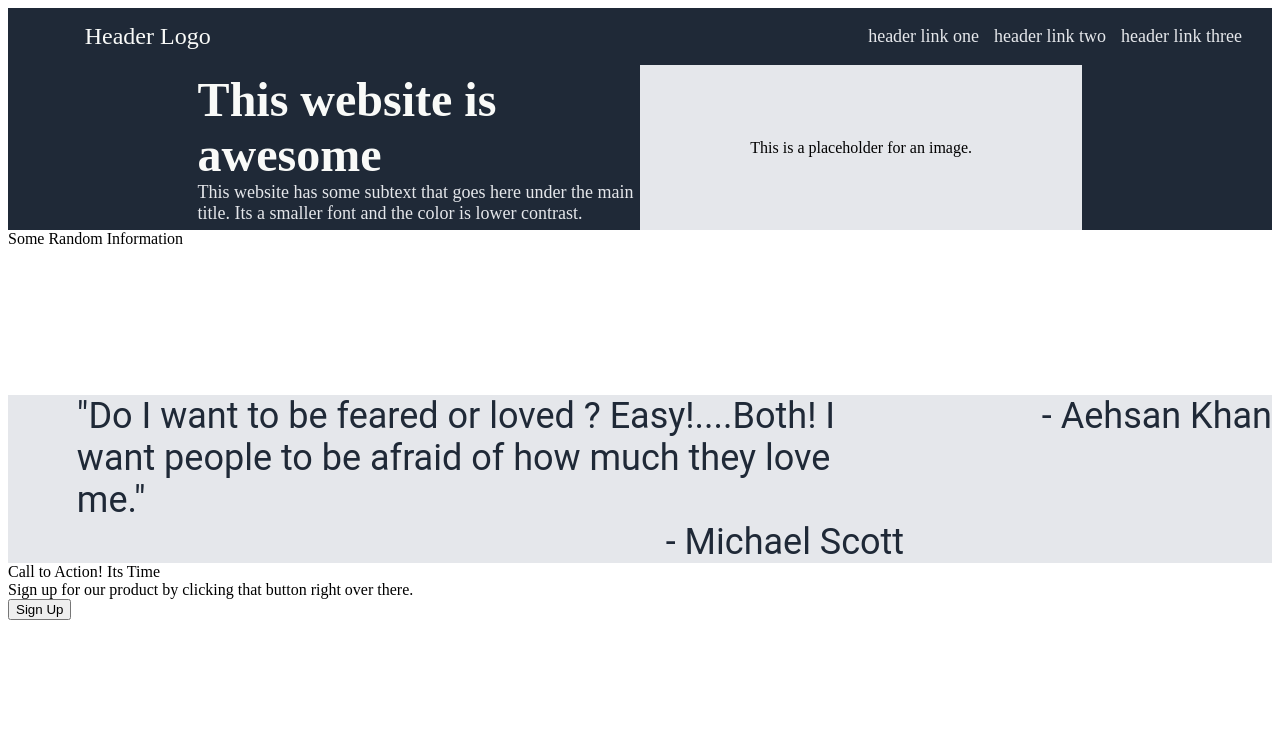
Repository: Aehsan4004/odinlandpage
Page: index.html
The author's editor kept a copy of each file at every save. The page is drawn from the files as they stood at one save, then again after the next save.
The browser window is 1280 px wide. The pictures show the whole page.

Above is the page before, as saved 2025-02-10 17:47:54.

After the next save:
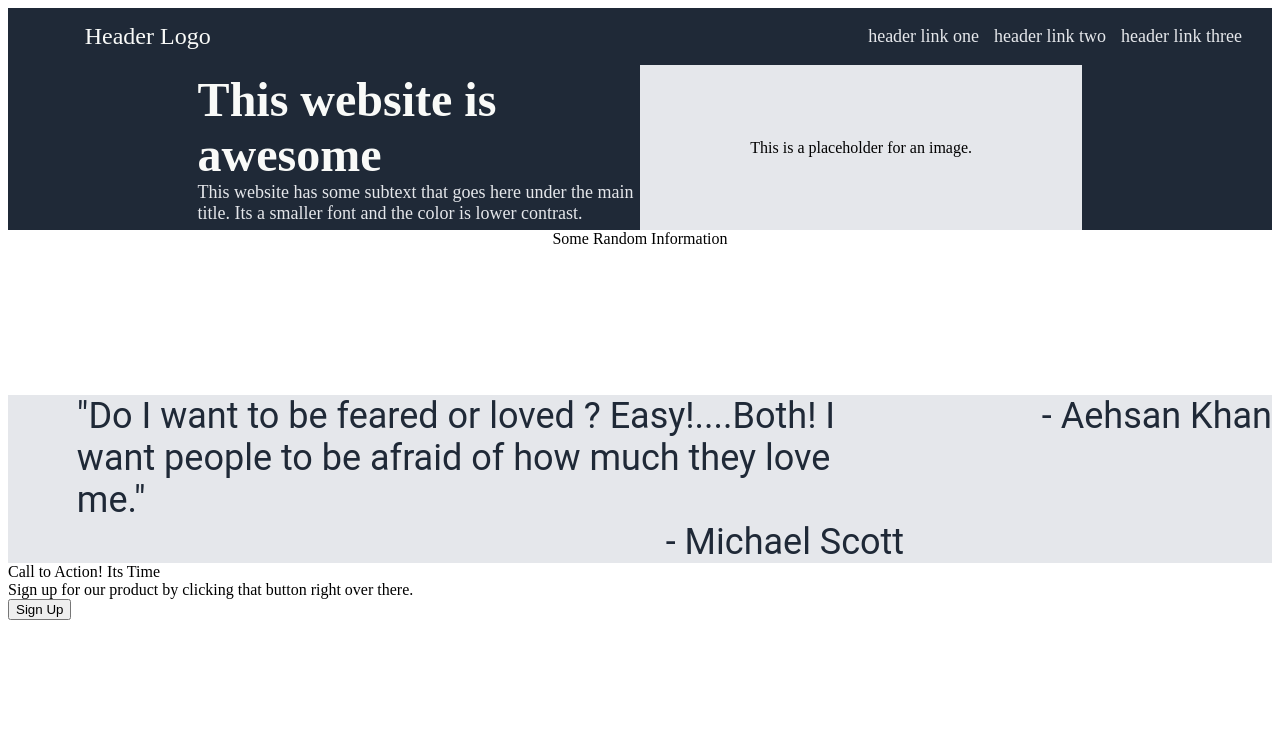
Saved 5 min 18 s later.
--- a/styles.css
+++ b/styles.css
@@ -80,6 +80,9 @@ ul {
 
 .three {
     height: 24vh;
+    display: flex;
+    flex-direction: column;
+    align-items: center;
 }
 
 .four {
